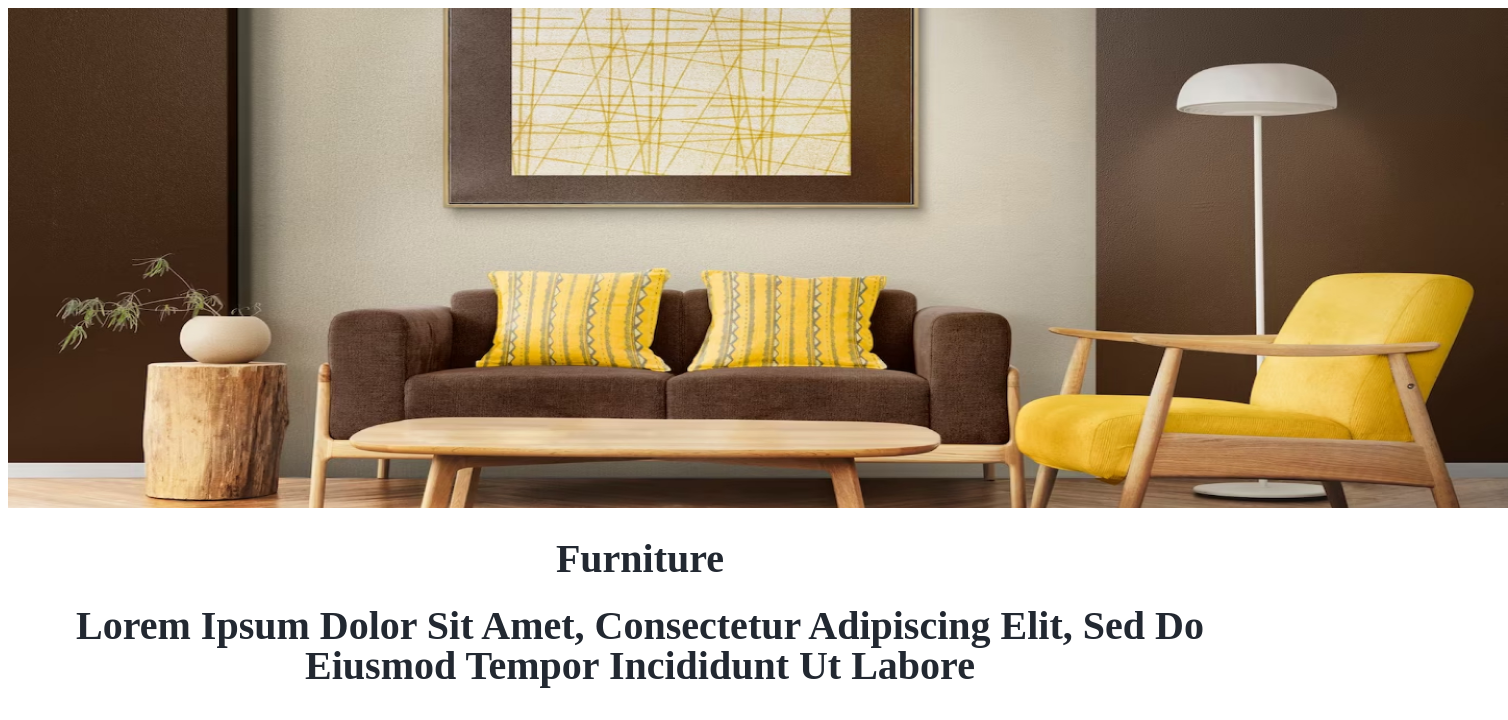
Repository: nikita120402/next13-deploy
Page: /
The author's editor kept a copy of each file at every save. The page is drawn from the files as they stood at one save, then again after the next save.
The browser window is 1280 px wide. The page is 1508 px wide, so the pictures cover 1508 px, including what lies to the right of the window. The pictures show the whole page.
The project was rebuilt for these pictures with package versions that can differ from the ones it lists, and the page was loaded fresh each time. The framework's server and built-in components were replaced by stand-ins that run in the browser. Also part of the build but not shown: next.config.js.

Above is the page before, as saved 2023-08-01 19:37:28.

After the next save:
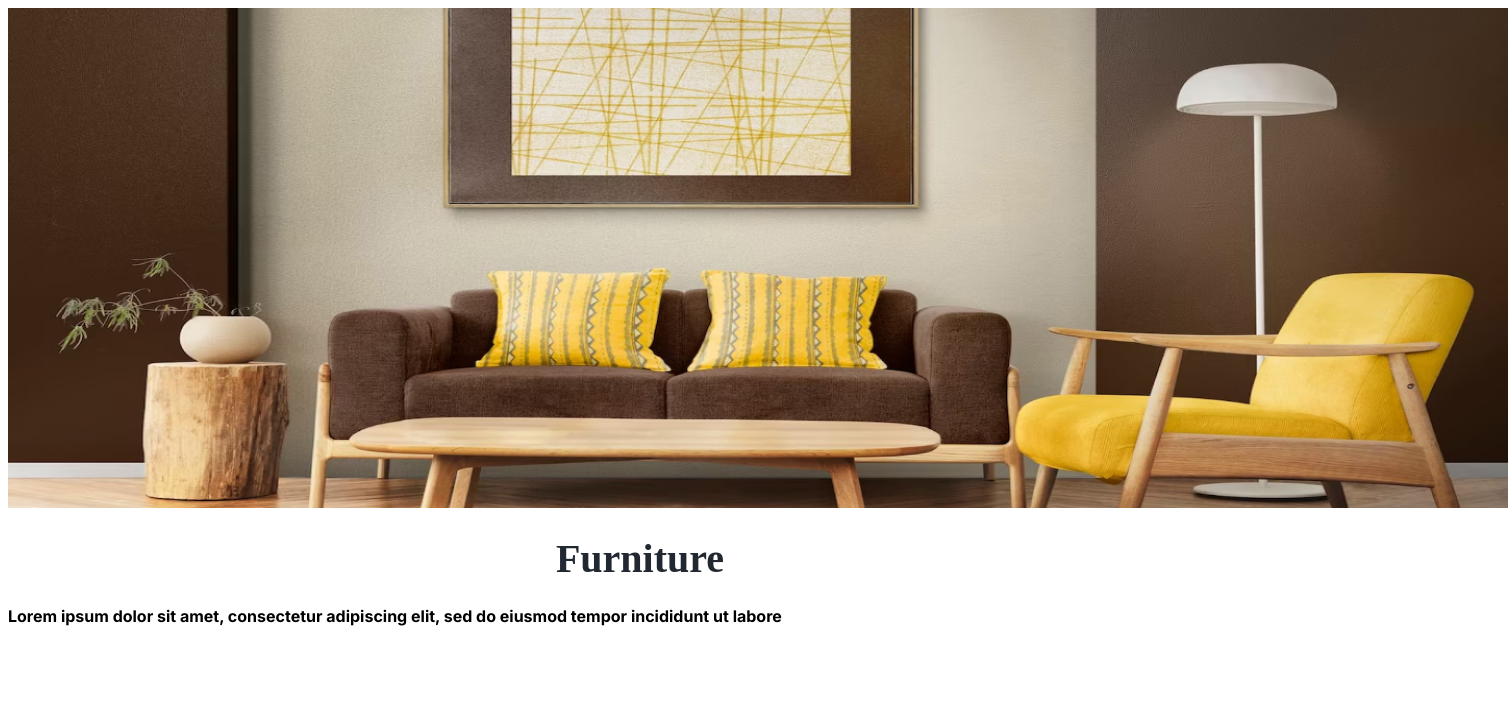
Saved 13 s later.
--- a/src/app/page.tsx
+++ b/src/app/page.tsx
@@ -10,7 +10,7 @@ export default function Page() {
       height={500}
           />
           <h1 text-align-center>Furniture</h1>
-          <h1>Lorem ipsum dolor sit amet, consectetur adipiscing elit, sed do eiusmod tempor incididunt ut labore </h1>
+          <h4>Lorem ipsum dolor sit amet, consectetur adipiscing elit, sed do eiusmod tempor incididunt ut labore </h4>
           </div>
 
   )
